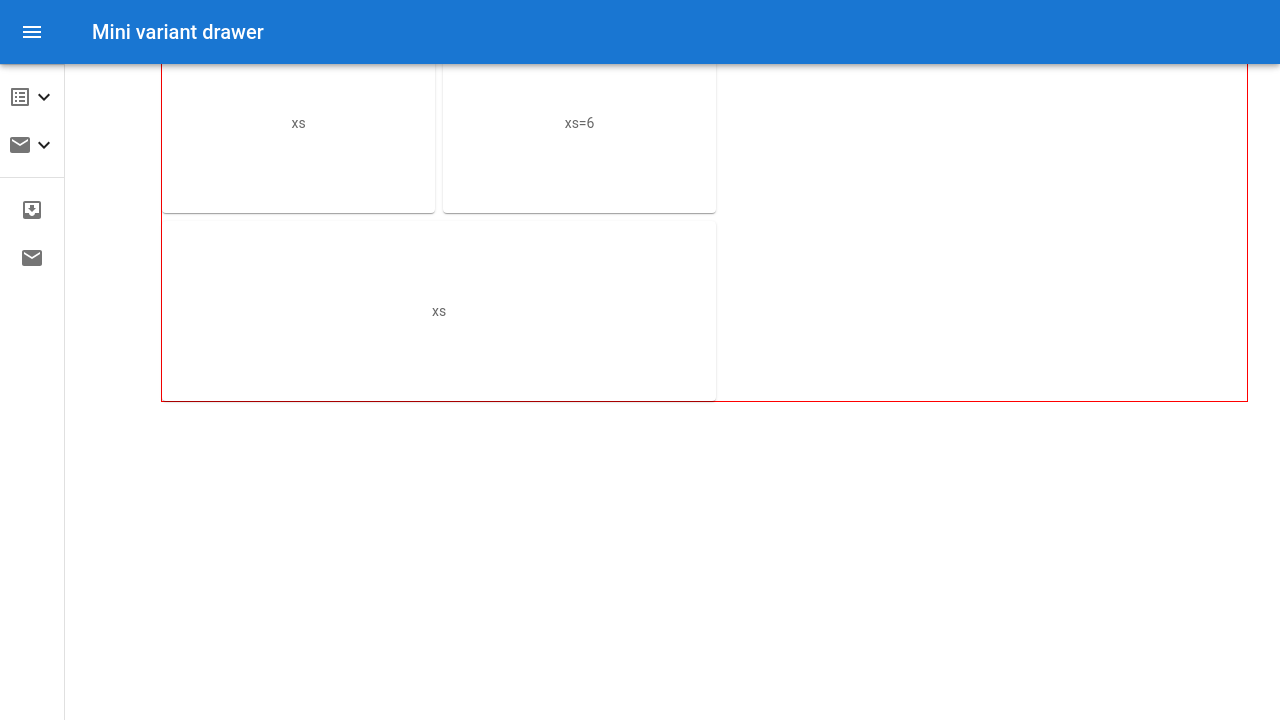
Repository: Vijay-Singh1/office-tools
Page: /createForm/Create-Form
An editor plug-in stored every save of this project. The page is shown before and after the next save, followed by the edit.
The browser window is 1280 px wide. The pictures show the whole page.
The project was rebuilt for these pictures with package versions that can differ from the ones it lists, and the page was loaded fresh each time. Also part of the build but not shown: vite.config.ts, src/FormBuilderApp/src/pages/OpenForms.tsx.

Above is the page before, as saved 2024-09-02 21:02:07.

### index.html
<!doctype html>
<html lang="en">
  <head>
    <meta charset="UTF-8" />
    <link rel="icon" type="image/svg+xml" href="/vite.svg" />
    <meta name="viewport" content="width=device-width, initial-scale=1.0" />
    <title>Office Tools</title>
  </head>
  <body>
    <div id="root"></div>
    <script type="module" src="/src/main.tsx"></script>
  </body>
</html>

### src/main.tsx
import { StrictMode } from 'react'
import { createRoot } from 'react-dom/client'
import App from './App.tsx'
import './index.css'// Import Tailwind CSS
import { ThemeProvider } from '@mui/material/styles';
import CssBaseline from '@mui/material/CssBaseline';
import theme from "./appTheme/appTheme.ts"
import AppRoutes from './routes.js';
createRoot(document.getElementById('root')!).render(
  <StrictMode>
    <ThemeProvider theme={theme}>
    <CssBaseline />
    <AppRoutes />
    </ThemeProvider>
  </StrictMode>,
)

### src/appTheme/appTheme.ts
// src/theme.ts
import { createTheme, ThemeOptions } from '@mui/material/styles';

const themeOptions: ThemeOptions = {
  palette: {
    primary: {
      main: '#1976d2',
    },
    secondary: {
      main: '#dc004e',
    },
  },
  typography: {
    fontFamily: 'Roboto, Arial, sans-serif',
    h1: {
      fontSize: '2.5rem',
      fontWeight: 500,
    },
    body1: {
      fontSize: '1rem',
    },
  },
  components: {
    MuiButton: {
      styleOverrides: {
        root: {
          textTransform: 'none',
          borderRadius: '8px',
        },
      },
    },
  },
};

const theme = createTheme(themeOptions);

export default theme;

### src/routes.tsx
import React from 'react';
import { createBrowserRouter, RouterProvider } from 'react-router-dom';

import Sidebar from './components/sidebar';
import { formBuilderRoutes } from './FormBuilderApp/src/formBuilderRoutes';
import App from './App';

// Combine routes from different modules
const router = createBrowserRouter([
  {
    path: '/',
    element: <App />,
    children: [
      ...formBuilderRoutes
      // Add other module routes here
    ],
  },
]);

const AppRoutes: React.FC = () => {
  return <RouterProvider router={router} />;
};

export default AppRoutes;

### src/FormBuilderApp/src/formBuilderRoutes.tsx
import React from 'react';
import { RouteObject } from 'react-router-dom';
import FormBuilderHome from './pages/FormBuilderHome';
import CreateForm from './pages/CreateForm';
import OpenForms from './pages/OpenForms';


export const formBuilderRoutes: RouteObject[] = [
  {
    path: 'createForm',
    element: <FormBuilderHome />,
    children: [
      {
        path: '/createForm/Create-Form',
        element: <CreateForm />,
      },
      {
        path: '/createForm/Open-Form',
        element: <OpenForms />,
      },
    ],
  },
];

### src/App.tsx
import { Outlet } from "react-router-dom";
import "./App.css";
import Sidebar from "./components/sidebar";
import { Box } from "@mui/material";

const App: React.FC = () => {
  return (
    <Box display="flex" width="100%" >
      <Box >
      <Sidebar />
      </Box>
      <Box display="flex" border = "1px solid red" flexGrow = {1} >
        <Outlet />
      </Box>
    </Box>
  );
};

export default App;

### src/FormBuilderApp/src/pages/FormBuilderHome.tsx
import React from 'react'
import { Outlet } from 'react-router-dom'

const FormBuilderHome = () => {
  return (
    <div id="detail">
        <Outlet />
      </div>
  )
}

export default FormBuilderHome

### src/FormBuilderApp/src/pages/CreateForm.tsx
import { styled } from '@mui/material/styles';
import Box from '@mui/material/Box';
import Paper from '@mui/material/Paper';
import Grid from '@mui/material/Grid';
import React from 'react'



const Item = styled(Paper)(({ theme }) => ({
  backgroundColor: theme.palette.mode === 'dark' ? '#1A2027' : '#fff',
  ...theme.typography.body2,
  padding: theme.spacing(10),
  textAlign: 'center',
  color: theme.palette.text.secondary,
}));
const CreateForm : React.FC = () => {
  return (
    <Box sx={{  width : "100%",  }}>
      <Grid container spacing={1} display={"flex"}>
        <Grid item xs>
          <Item>xs</Item>
        </Grid>
        <Grid item xs={6}>
          <Item>xs=6</Item>
        </Grid>
        <Grid item xs >
          <Item>xs</Item>
        </Grid>
      </Grid>
    </Box>
  )
}

export default CreateForm

### src/components/sidebar/index.tsx
import * as React from 'react';
import { styled, useTheme, Theme, CSSObject } from '@mui/material/styles';
import Box from '@mui/material/Box';
import MuiDrawer from '@mui/material/Drawer';
import MuiAppBar, { AppBarProps as MuiAppBarProps } from '@mui/material/AppBar'; // <-- Use MuiAppBar here for clarity
import Toolbar from '@mui/material/Toolbar';
import List from '@mui/material/List';
import CssBaseline from '@mui/material/CssBaseline';
import Typography from '@mui/material/Typography';
import Divider from '@mui/material/Divider';
import IconButton from '@mui/material/IconButton';
import MenuIcon from '@mui/icons-material/Menu';
import ChevronLeftIcon from '@mui/icons-material/ChevronLeft';
import ChevronRightIcon from '@mui/icons-material/ChevronRight';
import ListItem from '@mui/material/ListItem';
import ListItemButton from '@mui/material/ListItemButton';
import ListItemIcon from '@mui/material/ListItemIcon';
import ListItemText from '@mui/material/ListItemText';
import InboxIcon from '@mui/icons-material/MoveToInbox';
import MailIcon from '@mui/icons-material/Mail';
import Collapse from '@mui/material/Collapse';
import ExpandLess from '@mui/icons-material/ExpandLess';
import ExpandMore from '@mui/icons-material/ExpandMore';
import ListAltIcon from '@mui/icons-material/ListAlt';
import {  Link } from "react-router-dom";

const drawerWidth = 240;

const openedMixin = (theme: Theme): CSSObject => ({
  width: drawerWidth,
  transition: theme.transitions.create('width', {
    easing: theme.transitions.easing.sharp,
    duration: theme.transitions.duration.enteringScreen,
  }),
  overflowX: 'hidden',
});

const closedMixin = (theme: Theme): CSSObject => ({
  transition: theme.transitions.create('width', {
    easing: theme.transitions.easing.sharp,
    duration: theme.transitions.duration.leavingScreen,
  }),
  overflowX: 'hidden',
  width: `calc(${theme.spacing(7)} + 1px)`,
  [theme.breakpoints.up('sm')]: {
    width: `calc(${theme.spacing(8)} + 1px)`,
  },
});

const DrawerHeader = styled('div')(({ theme }) => ({
  display: 'flex',
  alignItems: 'center',
  justifyContent: 'flex-end',
  padding: theme.spacing(0, 1),
  // necessary for content to be below app bar
  ...theme.mixins.toolbar,
}));

interface AppBarProps extends MuiAppBarProps {
  open?: boolean;
}

const AppBar = styled(MuiAppBar, {
  shouldForwardProp: (prop) => prop !== 'open',
})<AppBarProps>(({ theme }) => ({
  zIndex: theme.zIndex.drawer + 1,
  transition: theme.transitions.create(['width', 'margin'], {
    easing: theme.transitions.easing.sharp,
    duration: theme.transitions.duration.leavingScreen,
  }),
  variants: [
    {
      props: ({ open }) => open,
      style: {
        marginLeft: drawerWidth,
        width: `calc(100% - ${drawerWidth}px)`,
        transition: theme.transitions.create(['width', 'margin'], {
          easing: theme.transitions.easing.sharp,
          duration: theme.transitions.duration.enteringScreen,
        }),
      },
    },
  ],
}));

const Drawer = styled(MuiDrawer, { shouldForwardProp: (prop) => prop !== 'open' })(
  ({ theme }) => ({
    width: drawerWidth,
    flexShrink: 0,
    whiteSpace: 'nowrap',
    boxSizing: 'border-box',
    variants: [
      {
        props: ({ open }) => open,
        style: {
          ...openedMixin(theme),
          '& .MuiDrawer-paper': openedMixin(theme),
        },
      },
      {
        props: ({ open }) => !open,
        style: {
          ...closedMixin(theme),
          '& .MuiDrawer-paper': closedMixin(theme),
        },
      },
    ],
  }),
);

const Sidebar: React.FC = () => {
  const theme = useTheme();
  const [open, setOpen] = React.useState(false);
  const [nestedOpen, setNestedOpen] = React.useState({ 0: false, 1: false });

  const handleDrawerOpen = () => {
    setOpen(true);
  };

  const handleDrawerClose = () => {
    setOpen(false);
  };

  const handleNestedClick = (index: number) => {
    setNestedOpen((prev) => ({ ...prev, [index]: !prev[index] }));
  };
  const handleClick = (element: string) => {
    if(element === "Create Form"){
      console.log(element)
    }
  };

  return (
    <Box sx={{ display: 'flex' }}>
      <CssBaseline />
      <AppBar position="fixed" open={open}>
        <Toolbar>
          <IconButton
            color="inherit"
            aria-label="open drawer"
            onClick={handleDrawerOpen}
            edge="start"
            sx={[
              { marginRight: 5 },
              open && { display: 'none' },
            ]}
          >
            <MenuIcon />
          </IconButton>
          <Typography variant="h6" noWrap component="div">
            Mini variant drawer
          </Typography>
        </Toolbar>
      </AppBar>
      <Drawer variant="permanent" open={open}>
        <DrawerHeader>
          <IconButton onClick={handleDrawerClose}>
            {theme.direction === 'rtl' ? <ChevronRightIcon /> : <ChevronLeftIcon />}
          </IconButton>
        </DrawerHeader>
        <Divider />
        <List>
          {['Form Builder', 'Image Editor'].map((text, index) => (
            <>
              <ListItem key={index} disablePadding sx={{ display: 'block' }}>
                <ListItemButton
                  onClick={() => handleNestedClick(index)}
                  sx={[
                    { minHeight: 48, px: 2.5 },
                    open ? { justifyContent: 'initial' } : { justifyContent: 'center' },
                  ]}
                >
                  <ListItemIcon
                    sx={[
                      { minWidth: 0, justifyContent: 'center' },
                      open ? { mr: 3 } : { mr: 'auto' },
                    ]}
                  >
                    {index % 2 === 0 ? <ListAltIcon /> : <MailIcon />}
                  </ListItemIcon>
                  <ListItemText
                    primary={text}
                    sx={[open ? { opacity: 1 } : { opacity: 0 }]}
                  />
                  {nestedOpen[index] ? <ExpandLess /> : <ExpandMore />}
                </ListItemButton>
              </ListItem>
              <Collapse in={nestedOpen[index]} timeout="auto" unmountOnExit>
                <List component="div" disablePadding>
                  {['Create Form', 'Open Form'].map((subtext, idx) => (
                    <Link to ={`/createForm/${subtext.split(" ")[0]}-${subtext.split(" ")[1]}`}>
                    <ListItemButton key={idx} sx={{ pl: 4 }} >
                      <ListItemIcon>
                      <ListAltIcon/>
                      </ListItemIcon>
                      <ListItemText primary={subtext} />
                    </ListItemButton>
                    </Link>
                  ))}
                </List>
              </Collapse>
            </>
          ))}
        </List>
        <Divider />
        {/* Other Items */}
        <List>
          {['Docs Creator', 'SpreadSheet'].map((text, index) => (
            <ListItem key={index} disablePadding sx={{ display: 'block' }}>
              <ListItemButton
                sx={[
                  { minHeight: 48, px: 2.5 },
                  open ? { justifyContent: 'initial' } : { justifyContent: 'center' },
                ]}
              >
                <ListItemIcon
                  sx={[
                    { minWidth: 0, justifyContent: 'center' },
                    open ? { mr: 3 } : { mr: 'auto' },
                  ]}
                >
                  {index % 2 === 0 ? <InboxIcon /> : <MailIcon />}
                </ListItemIcon>
                <ListItemText
                  primary={text}
                  sx={[open ? { opacity: 1 } : { opacity: 0 }]}
                />
              </ListItemButton>
            </ListItem>
          ))}
        </List>
      </Drawer>
      <Box component="main" sx={{ flexGrow: 1, p: 3 }}>
        <DrawerHeader />
        {/* Your Main Content Here */}
      </Box>
    </Box>
  );
};

export default Sidebar;

Loaded but not shown: src/index.css (common file); src/App.css (common file)

After the next save:
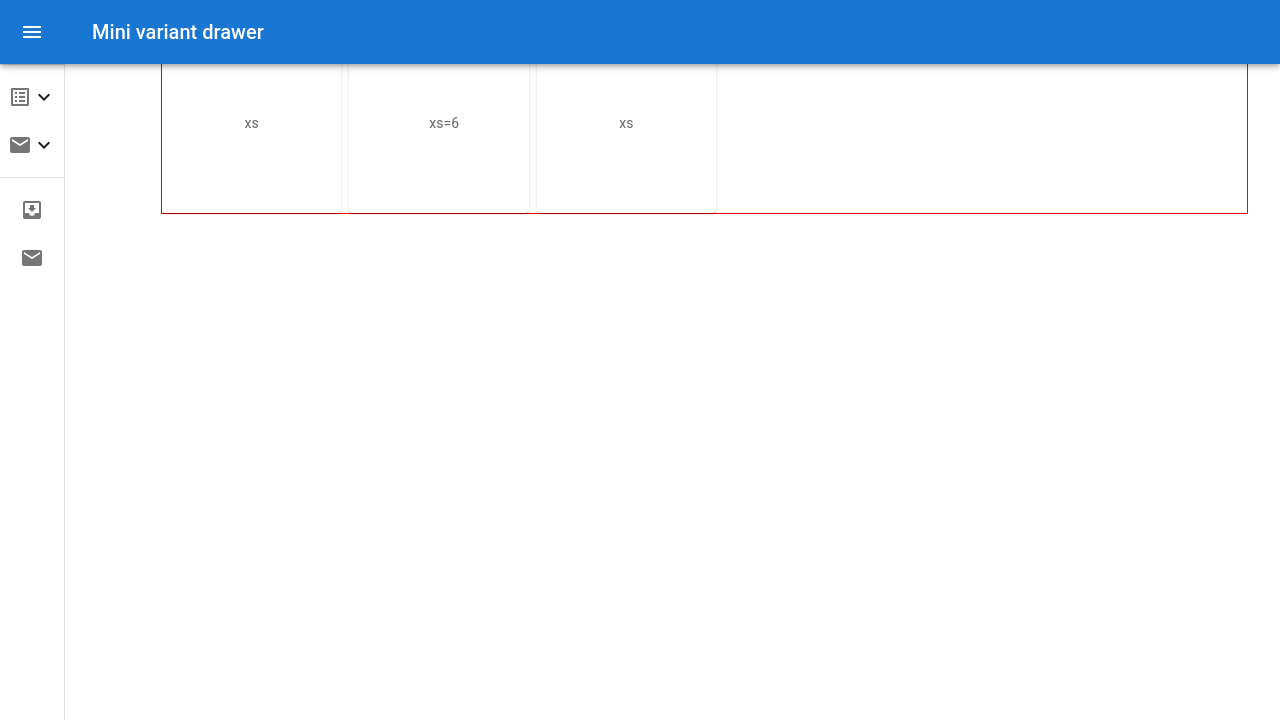
Saved 46 s later.
--- a/src/FormBuilderApp/src/pages/CreateForm.tsx
+++ b/src/FormBuilderApp/src/pages/CreateForm.tsx
@@ -20,7 +20,7 @@
         <Grid item xs>
           <Item>xs</Item>
         </Grid>
-        <Grid item xs={6}>
+        <Grid item xs={4}>
           <Item>xs=6</Item>
         </Grid>
         <Grid item xs >

After the save that followed:
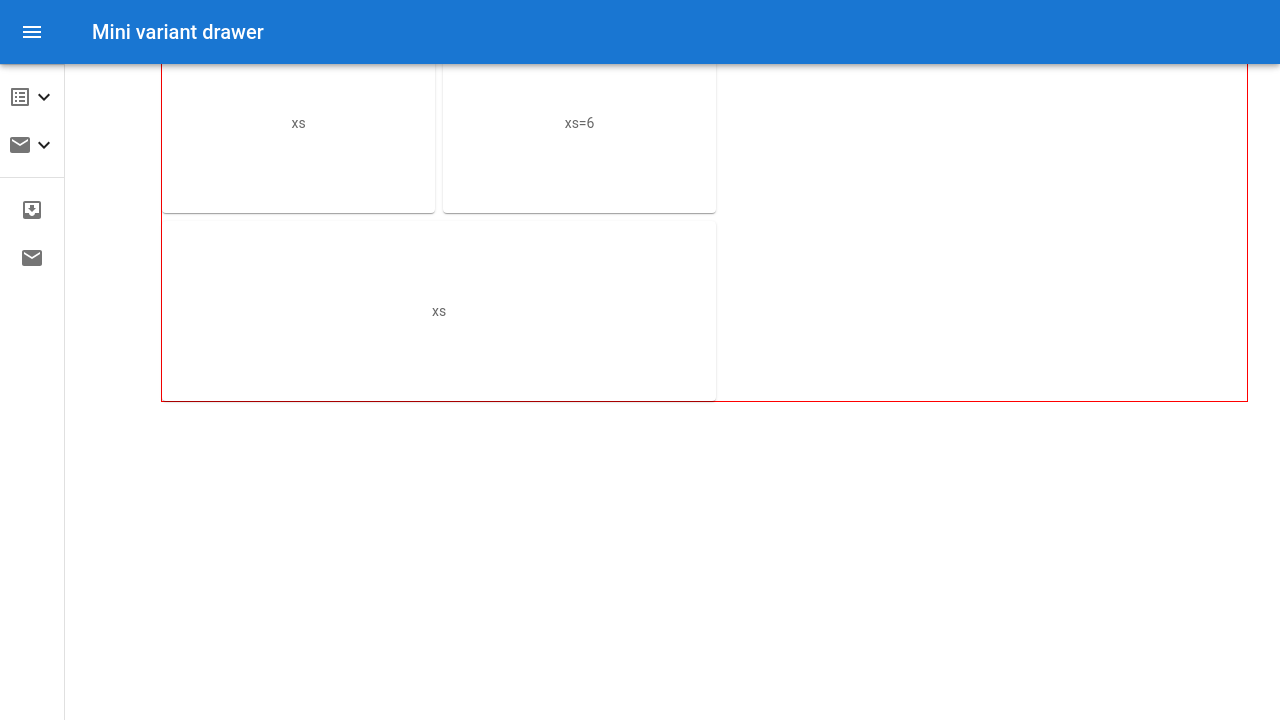
Saved 8 s later.
--- a/src/FormBuilderApp/src/pages/CreateForm.tsx
+++ b/src/FormBuilderApp/src/pages/CreateForm.tsx
@@ -20,7 +20,7 @@
         <Grid item xs>
           <Item>xs</Item>
         </Grid>
-        <Grid item xs={4}>
+        <Grid item xs={6}>
           <Item>xs=6</Item>
         </Grid>
         <Grid item xs >
